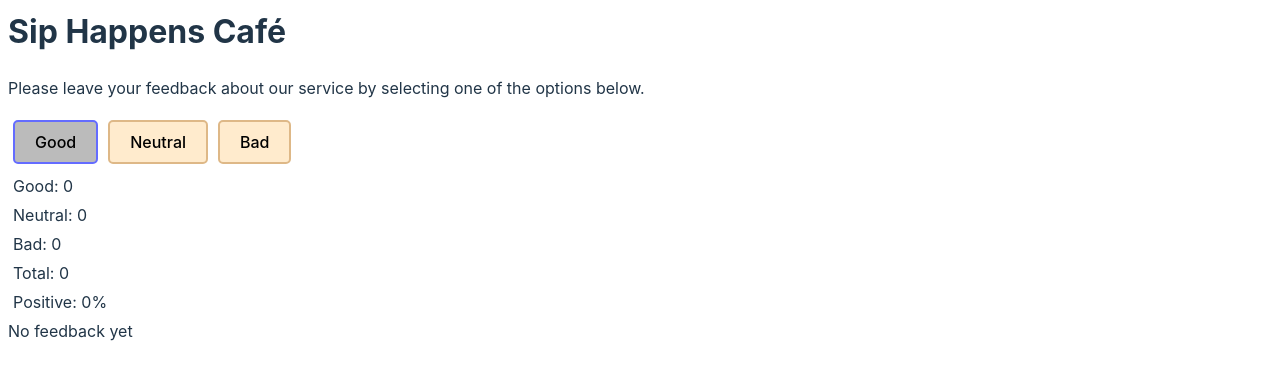
Repository: Evgeniya-Tishakova/goit-react-hw-02
Page: /
These files come from the project's save history. The page is drawn as it stood at one moment and after the next save; the edit follows.
The browser window is 1280 px wide. The pictures show the whole page.
The first visible `button` is being pressed.
The project was rebuilt for these pictures with package versions that can differ from the ones it lists, and the page was loaded fresh each time. Also part of the build but not shown: vite.config.js.

Above is the page before, as saved 2025-02-28 16:32:52.

### src/index.css
body {
  font-family: Inter, sans-serif;
  line-height: 1.5;
  font-weight: 400;
}

h1,
h2,
p {
  margin: 0;
}

ul,
ol {
  margin: 0;
  padding: 0;
}

img {
  display: block;
  max-width: 100%;
}

button {
  border-radius: 8px;
  border: 1px solid transparent;
  padding: 0.6em 1.2em;
  font-size: 1em;
  font-weight: 500;
  font-family: inherit;
  background-color: #fff;
  cursor: pointer;
  transition: border-color 0.25s;
}

button:hover {
  border-color: #646cff;
}

button:focus,
button:focus-visible {
  outline: 4px auto -webkit-focus-ring-color;
}

@media (prefers-color-scheme: light) {
  :root {
    color: #213547;
    background-color: #ffffff;
  }

  a:hover {
    color: #747bff;
  }

  button {
    /* background-color: #f9f9f9; */
  }
}

### src/components/App/App.jsx
import Feedback from "../Feedback/Feedback.jsx";
import Options from "../Options/Options.jsx";
import Description from "../Description/Description.jsx";
import { useEffect, useState } from "react";
import Notification from "../Notification/Notification.jsx";

export default function App() {
  const [rewiewType, setRewiewType] = useState({
    good: 0,
    neutral: 0,
    bad: 0,
  });

  let totalFeedback = rewiewType.bad + rewiewType.neutral + rewiewType.good;

  const updateFeedback = (key) => {
    setRewiewType({
      ...rewiewType,
      [key]: rewiewType[key] + 1,
    });
  };

  const reset = () => {
    setRewiewType({
      good: 0,
      neutral: 0,
      bad: 0,
    });
  };
  return (
    <>
      <Description />
      <Options
        updateFeedback={updateFeedback}
        reset={reset}
        isShown={totalFeedback > 0}
      />
      <Feedback rewiewType={rewiewType} totalFeedback={totalFeedback} />
      {totalFeedback <= 0 && <Notification />}
    </>
  );
}

### src/components/Feedback/Feedback.jsx
import css from "./Feedback.module.css";

export default function Feedback({
  rewiewType: { good, neutral, bad },
  totalFeedback,
}) {
  return (
    <div>
      <p className={css.descr}>Good: {good}</p>
      <p className={css.descr}>Neutral: {neutral}</p>
      <p className={css.descr}>Bad: {bad}</p>
      <p className={css.descr}>Total: {totalFeedback}</p>
      <p className={css.descr}>
        Positive:{" "}
        {((good + neutral) / (totalFeedback ? totalFeedback : 1)) * 100}%
      </p>
    </div>
  );
}

### src/components/Options/Options.jsx
import css from "./Options.module.css";

export default function Options({ updateFeedback, reset, isShown }) {
  return (
    <div>
      <ul className={css.list}></ul>
      {}
      <button className={css.button} onClick={() => updateFeedback("good")}>
        Good
      </button>
      <button className={css.button} onClick={() => updateFeedback("neutral")}>
        Neutral
      </button>
      <button className={css.button} onClick={() => updateFeedback("bad")}>
        Bad
      </button>
      {isShown && (
        <button className={css.button} onClick={() => reset()}>
          Reset
        </button>
      )}
      {}
    </div>
  );
}

### src/components/Description/Description.jsx
import css from "./Description.module.css";

export default function Description() {
  return (
    <div>
      <h1 className={css.title}>Sip Happens Café</h1>
      <p className={css.descr}>
        Please leave your feedback about our service by selecting one of the
        options below.
      </p>
    </div>
  );
}

### src/components/Notification/Notification.jsx
export default function Notification() {
  return (
    <div>
      <p>No feedback yet</p>
    </div>
  );
}

### src/components/Feedback/Feedback.module.css
.descr {
    margin: 5px;
}

### src/components/Options/Options.module.css
.button {
    border: 2px solid burlywood;
    padding: 10px 20px;
    background-color: blanchedalmond;
    margin: 5px;
    border-radius: 5px;
    cursor: pointer;
}

button:hover {
    background-color: skyblue;
}

button:active {
    background-color: #bbb;
}

### src/components/Description/Description.module.css
.title {
    margin-bottom: 20px;
}

.descr {
    margin-bottom: 15px;
}

Loaded but not shown: index.html (common file); src/main.jsx (common file)

After the next save:
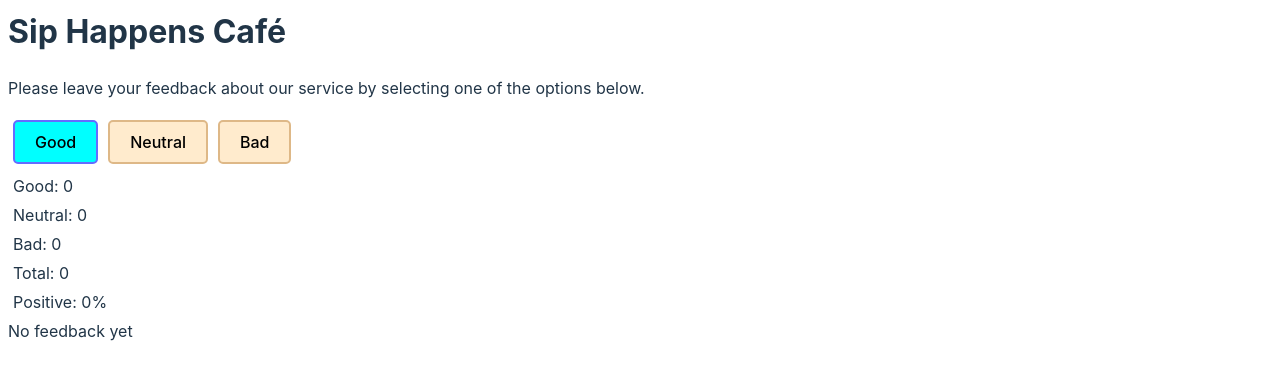
Saved 25 s later.
--- a/src/components/Options/Options.module.css
+++ b/src/components/Options/Options.module.css
@@ -12,5 +12,5 @@ button:hover {
 }
 
 button:active {
-    background-color: #bbb;
+    background-color: aqua;
 }
